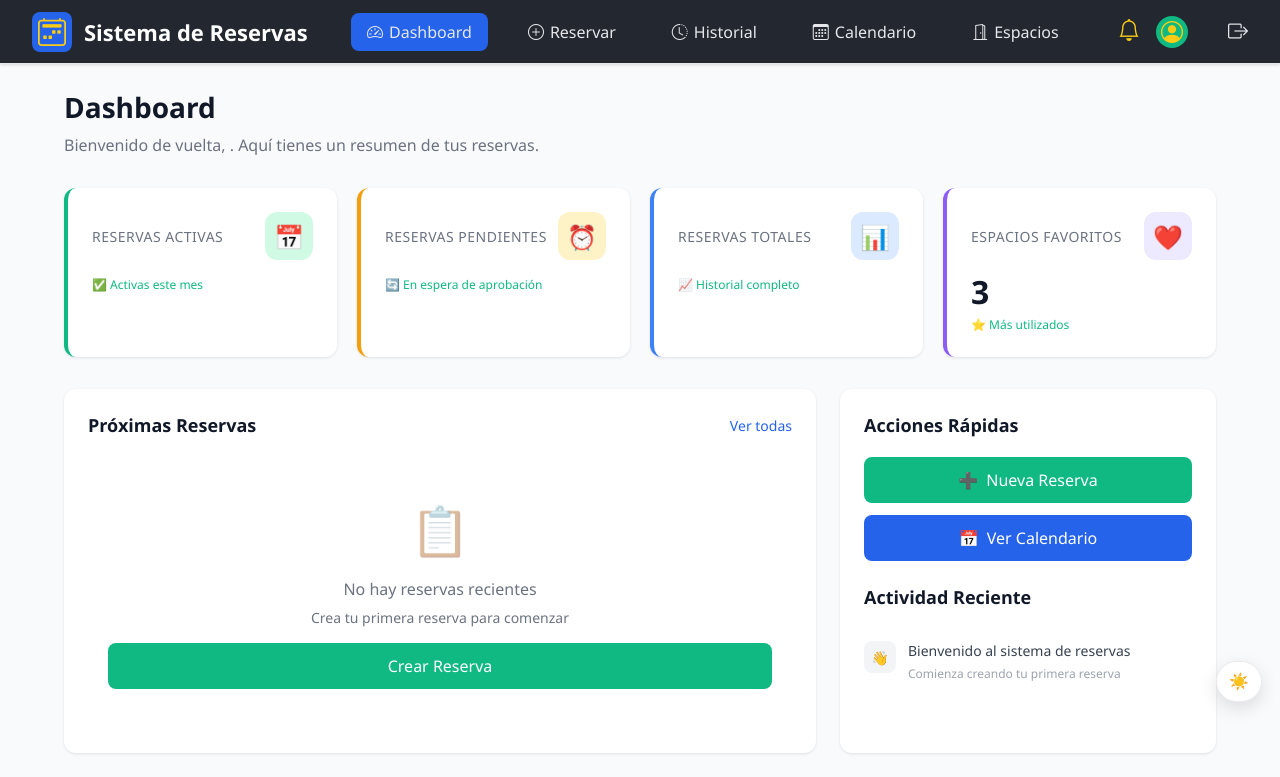
Repository: KeviNozh/Reservadeaula
Page: reservas/templates/reservas/dashboard_usuario.html
An editor plug-in stored every save of this project. The page is shown before and after the next save, followed by the edit.
The browser window is 1280 px wide. The pictures show the whole page.
The template is drawn by Django 5.2. The application's start-up code is not run. The template is opened directly, without the code that normally fills it, so the values that code supplies are empty.

Above is the page before, as saved 2025-12-13 02:03:48.

After the next save:
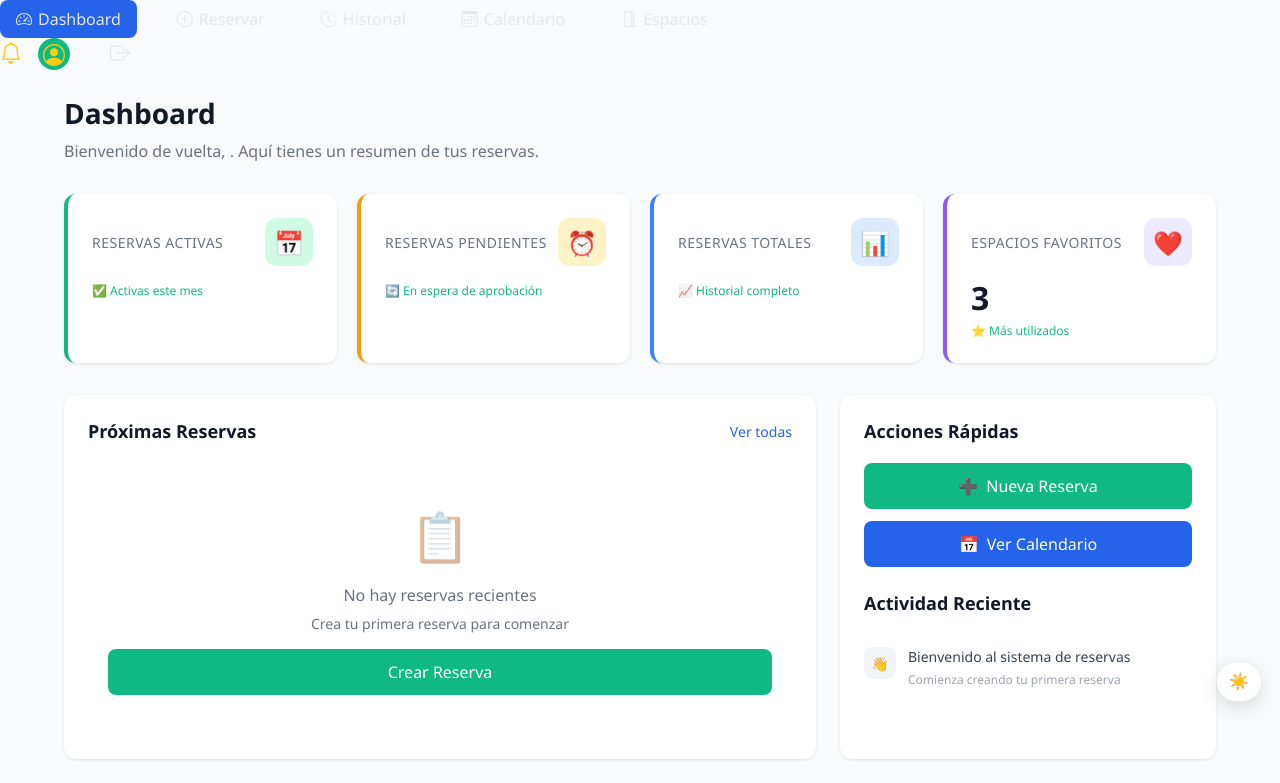
Saved 3 min 59 s later.
--- a/Inacap_reserva/reservas/templates/reservas/dashboard_usuario.html
+++ b/Inacap_reserva/reservas/templates/reservas/dashboard_usuario.html
@@ -451,13 +451,7 @@
 </head>
 <body>
         <!-- Header Moderno Consistente -->
-        <header class="header" style="width:100%;background:#23272f;color:#fff;position:sticky;top:0;z-index:100;box-shadow:0 1px 3px rgba(0,0,0,0.15);display:flex;align-items:center;justify-content:space-between;padding:0 32px;height:64px;">
-            <div class="header-content" style="width:100%;display:flex;align-items:center;justify-content:space-between;gap:32px;">
-                <div class="logo-section" style="display:flex;align-items:center;gap:12px;font-size:22px;font-weight:700;">
-                    <div class="logo" style="color:#facc15;font-size:28px;display:flex;align-items:center;justify-content:center;"><i class="bi bi-calendar2-week"></i></div>
-                    <span>Sistema de Reservas</span>
-                </div>
-                <nav class="nav-menu" style="display:flex;gap:24px;">
+        <nav class="nav-menu" style="display:flex;gap:24px;">
                     <a href="{% url 'dashboard' %}" class="nav-item active" style="color:#e5e7eb;text-decoration:none;font-weight:500;padding:8px 16px;border-radius:8px;transition:all 0.2s;display:flex;align-items:center;gap:6px;"><i class="bi bi-speedometer2"></i> Dashboard</a>
                     <a href="{% url 'crear_reserva' %}" class="nav-item" style="color:#e5e7eb;text-decoration:none;font-weight:500;padding:8px 16px;border-radius:8px;transition:all 0.2s;display:flex;align-items:center;gap:6px;"><i class="bi bi-plus-circle"></i> Reservar</a>
                     <a href="{% url 'reservas' %}" class="nav-item" style="color:#e5e7eb;text-decoration:none;font-weight:500;padding:8px 16px;border-radius:8px;transition:all 0.2s;display:flex;align-items:center;gap:6px;"><i class="bi bi-clock-history"></i> Historial</a>
@@ -480,7 +474,6 @@
                         <div class="panel-item" onclick="window.location.href='{% url 'logout' %}'" style="padding:12px 20px;color:#fff;cursor:pointer;display:flex;align-items:center;gap:8px;border-bottom:1px solid #23272f;">
                             <i class="bi bi-box-arrow-right"></i> Cerrar sesión
                         </div>
-                    </div>
                 </div>
             </div>
         </header>
